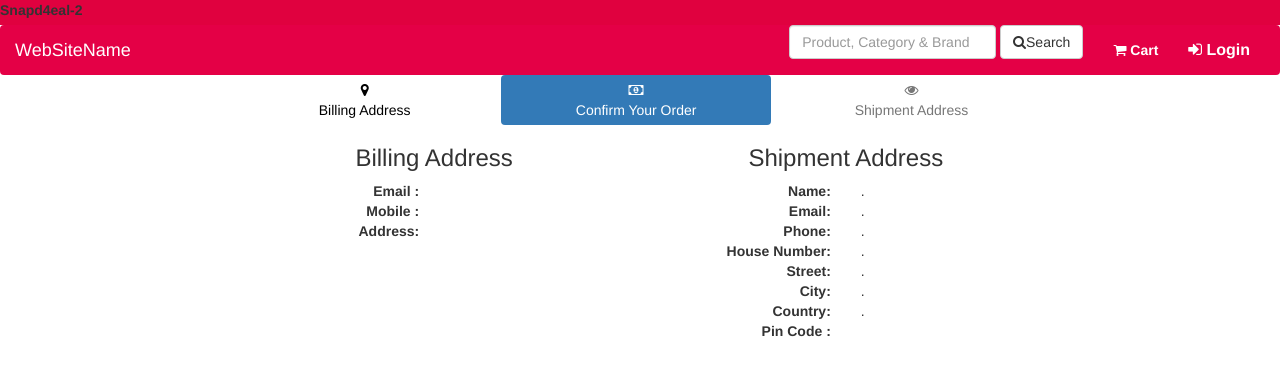
Repository: Aryans26/project
Page: http://localhost/frontend/WEB-INF/views/orderconfirm.jsp
The author's editor kept a copy of each file at every save. The page is drawn from the files as they stood at one save, then again after the next save.
The browser window is 1280 px wide. The pictures show the whole page.
Some web libraries are served in a nearby version. The page is served by Tomcat 9. Nobody is signed in. Other server files are loaded and not shown. The template is opened directly, without the code that normally fills it, so the values that code supplies are empty.

Above is the page before, as saved 2017-06-21 10:07:45.

### frontend/src/main/webapp/WEB-INF/views/orderconfirm.jsp
<%@ taglib prefix="c" uri="http://www.springframework.org/tags"%>
<%@ taglib prefix="form" uri="http://www.springframework.org/tags/form"%>
<!doctype html>
<html>
<head>
<c:url value="/resource" var="res" />

<!-- <link rel="stylesheet" ref="https://maxcdn.bootstrapcdn.com/bootstrap/3.3.7/css/bootstrap.min.css"> -->
<script
	src="https://ajax.googleapis.com/ajax/libs/jquery/3.2.1/jquery.min.js"></script>
<script
	src="https://maxcdn.bootstrapcdn.com/bootstrap/3.3.7/js/bootstrap.min.js"></script>
<link rel="stylesheet" href="${res}/css/bootstrap.min.css" />
<link rel="stylesheet" href="${res}/css/style.css" />
<link rel="stylesheet" href="${res}/css/font-awesome/css/font-awesome.min.css" />

</head>
<body>
	<%@include file="navbar.jsp"%>

<div class="Container">
<div class="row col-md-10 col-lg-8 col-lg-offset-2">
       <form method="post" action="shop-checkout4.html">
                                <ul class="nav nav-pills nav-justified">
                                    <li ><a href="<c:url value="/previous"/>"><i class="fa fa-map-marker"></i><br>Billing Address</a></li>
                                    <li class="active"><a href="<c:url value="/pay"/>"><i class="fa fa-money"></i><br>Confirm Your Order</a></li>
                                    <li class="disabled"><a href="<c:url value="/orderconfirmation"/>"><i class="fa fa-eye"></i><br>Shipment Address</a></li>
                                </ul>
</form>
</div>
<div class="col-md-10 col-lg-8 col-lg-offset-2 container">
<div class="col-md-6 col-sm-6 billing-add">
		<h3 class="text-center">Billing Address</h3>
<!-- 		<div class="row"> -->
<!-- 		<div class="col-md-6 col-sm-6 b-r"><b>Name :</b></div> -->
<%-- 		<div class="col-md-6 col-sm-6">${billing.getU_name()} </div> --%>
<!-- 		</div> -->
		<div class="row">
		<div class="col-md-6 col-sm-6 b-r"><b>Email :</b></div>
		<div class="col-md-6 col-sm-6">${billing.getEmail()}</div>
		</div>
		<div class="row"><div class="col-md-6 col-sm-6 b-r"><b>Mobile :</b></div><div class="col-md-6 col-sm-6">${billing.getPhone()}</div></div>
		<div class="row"><div class="col-md-6 col-sm-6 b-r"><b>Address:</b></div><div class="col-md-6 col-sm-6">${billing.getHouse_no()}<br>
		${billing.getStreet_name()}<br>${billing.getCity()}<br>${billing.getState()}<br>${billing.getCountry()}<br>
		${billing.getPincode()}<br>
		</div></div>

		</div>
	<div class="col-md-6 col-sm-6 billing-add">
	     <h3 class="text-center">Shipment Address</h3>

                                               <div class="row" ><div class="col-md-6 col-sm-6 b-r"><b>Name:</b></div> <div class="col-md-6 col-sm-6 ">${shippingAddress.getShip_name()}  .</div></div>
                                                <div class="row" ><div class="col-md-6 col-sm-6 b-r"><b>Email:</b></div><div class="col-md-6 col-sm-6">${shippingAddress.getShip_email()} .</div></div>
                                               <div class="row" ><div class="col-md-6 col-sm-6 b-r"> <b>Phone:</b></div><div class="col-md-6 col-sm-6 ">${shippingAddress.getShip_mono()} .</div></div>
                                                 <div class="row" ><div class="col-md-6 col-sm-6 b-r"> <b>House Number:</b></div><div class="col-md-6 col-sm-6 ">${shippingAddress.getShip_houseno()} .</div></div>
                                               <div class="row" ><div class="col-md-6 col-sm-6 b-r"> <b>Street:</b></div><div class="col-md-6 col-sm-6 ">${shippingAddress.getShip_streetname()} .</div></div>
                                              <div class="row"  ><div class="col-md-6 col-sm-6 b-r"><b>City:</b></div><div class="col-md-6 col-sm-6 ">${shippingAddress.getShip_city()} .</div></div>
                                               <div class="row" ><div class="col-md-6 col-sm-6 b-r"> <b>Country:</b></div><div class="col-md-6 col-sm-6 ">${shippingAddress.getShip_country()} .</div></div>
                                                <div class="row" ><div class="col-md-6 col-sm-6 b-r"><b>Pin Code :</b></div><div class="col-md-6 col-sm-6 ">${shippingAddress.getShip_pincode()}</div></div>



</div>
                                                 </div>

</body>

</html>

### frontend/src/main/webapp/WEB-INF/views/navbar.jsp
<%@ taglib prefix="c" uri="http://www.springframework.org/tags"%>
<%@ taglib prefix="form" uri="http://www.springframework.org/tags/form"%>
<%@ taglib prefix="security" uri="http://www.springframework.org/security/tags" %>
<%@ taglib prefix="c1" uri="http://java.sun.com/jsp/jstl/core"%>
<!DOCTYPE html >
<html>
<head>
<meta http-equiv="Content-Type" content="text/html; charset=ISO-8859-1">
<title>Insert title here</title>
</head>
<body>
	<div class="headder">
		<b>Snapd4eal-2</b>
	</div>

	<nav class="navbar navbar-default" style="color: white;">
		<div class="container-fluid">
			<div class="navbar-header">
				<button type="button" class="navbar-toggle" data-toggle="collapse" data-target="#myNavbar">
					<span class="icon-bar"></span> <span class="icon-bar"></span>
					<span class="icon-bar"></span>
				</button>
				<a class="navbar-brand" href="<c:url value="/"/>"
					style="color: white;">WebSiteName</a>
				<form class="navbar-form navbar-right visible-sm visible-xs">
					<div class="form-group">
						<input type="text" class="form-control"
							placeholder="Product, Category & Brand">
					</div>
					<button type="submit" class="btn btn-default">
						<i class="fa fa-search"></i>Search
					</button>

				</form>
			</div>
			<div class="collapse navbar-collapse" id="myNavbar">
			<c1:if test="${pageContext.request.userPrincipal.name!=null}">
			<security:authorize access="hasRole('ROLE_ADMIN')">
				<ul class="nav navbar-nav">
					<li style="color: white;"><a
						href="<c:url value="/category"/>">Add Category</a></li>
					<li style="color: white;"><a
						href="<c:url value="/addproduct"/>">Add Product</a></li>
					<li style="color: white;"><a
						href="<c:url value="/supplier"/>">Add Supplier</a></li>
<!-- 					<li style="color: white;"><a -->
<%-- 						href="<c:url value="/addcard"/>">Add Card</a></li> --%>

				</ul>
				</security:authorize>
				</c1:if>
				<ul class="nav navbar-nav navbar-right">
					<li><a href="<c:url value="/viewcart"/>"><i class="fa fa-shopping-cart"></i>
							Cart</a></li>

					<li class="dropdown"><a href="#" class="dropbtn"><span
							class="fa fa-sign-in"></span>
							<c1:if test="${pageContext.request.userPrincipal.name==null}"> Login </c1:if>
							 <c1:if test="${pageContext.request.userPrincipal.name!=null}">  Logout</c1:if></a>

						<div class="dropdown-content">
							<a href="#">your account</a>
							<a href="#">your orders</a>
							<c1:if test="${pageContext.request.userPrincipal.name==null}">

							<a href="<c:url value="/users"/>" class="hvr-reg-bordertop" > new user ?<br>
							<b>register</b></a>
<%-- <a href="<c:url value="/login"/>"><button type="button" class="btn btn-danger" style="width: 90%; margin: 10px;">Login</button></a> --%>
							<button type="button" class="btn btn-danger" data-toggle="modal"
								data-target="#myModal" style="width: 90%; margin: 10px;">Login</button>
								</c1:if>

								<c1:if test="${pageContext.request.userPrincipal.name!=null}">
					<a href="<c:url value="/j_spring_security_logout"/>"><button type="button" class="btn btn-danger" >Logout</button></a>
								</c1:if>
						</div></li>

				</ul>
				<form class="navbar-form navbar-right hidden-sm hidden-xs">
					<div class="form-group">
						<input type="text" class="form-control"
							placeholder="Product, Category & Brand">
					</div>
					<button type="submit" class="btn btn-default">
						<i class="fa fa-search"></i>Search
					</button>

				</form>

			</div>
		</div>
	</nav>


	<!-- Modal -->
	<div class="modal fade" id="myModal" role="dialog">
		<div class="modal-dialog modal-lg">
			<div class="modal-content">
				<div class="modal-header">
					<button type="button" class="close" data-dismiss="modal">&times;</button>
					<h4 class="modal-title">Login</h4>
				</div>
				<div class="modal-body">
				<c1:url value="/j_spring_security_check" var="a"/>
					<form role="form" method="post" action="${a} ">
						<div class="form-group">
				<label for="email">Email address:</label>
				<input type="email" class="form-control" id="email" name="j_username" placeholder="Email Id">
						</div>
						<div class="form-group">
				<label for="pwd">Password:</label>
				 <input type="password" class="form-control" id="pwd" name="j_password" placeholder="Password">
						</div>
						<div class="checkbox">
							<label><input type="checkbox"> Remember me</label>
						</div>
						<a class="cursor" data-dismiss="modal" data-toggle="modal"
							data-target="#myModal1">new User ? <b>register</b></a>
						<button type="submit" class="btn btn-success">Submit</button>
					</form>
				</div>
				<div class="modal-footer">
					<button type="button" class="btn btn-default" data-dismiss="modal">Close</button>
				</div>
			</div>
		</div>
	</div>

</body>
</html>

### frontend/src/main/webapp/resource/css/style.css
@charset "utf-8";
/* CSS Document */
.headder {
	min-height: 25px;
	background-color: #E0013F;
}

.navbar-default, .navbar-default li {
	background-color: #e40046;
	color: white;
}

.navbar-default li a {
	color: #FFF;
	font-weight: bold;
}

.navbar-nav li:hover, .navbar-nav li:focus, .navbar-nav li:active {
	background-color: #333;
}

.navbar-nav dropdown:hover {
	background-color: #333;
}

.dropbtn {
	color: white;
	padding: 16px;
	font-size: 16px;
	border: none;
	cursor: pointer;
}

.
.dropdown:hover {
	background-color: #333;
	color: white;
	padding: 16px;
	font-size: 16px;
	border: none;
	cursor: pointer;
}

.dropdown {
	position: relative;
	display: inline-block;
}

.dropdown-content {
	display: none;
	position: absolute;
	background-color: #333;
	min-width: 160px;
	right: 5px;
	box-shadow: 0px 8px 16px 0px rgba(0, 0, 0, 0.2);
	z-index: 1;
}

.dropdown-content a {
	color: black;
	font-size: 14px !important;
	font-weight: normal !important;
	text-align: center;
	padding: 12px 16px;
	text-decoration: none;
	display: block;
}

.dropdown-content a:hover {
	background-color: #000;
}

.dropdown:hover .dropdown-content {
	display: block;
}

.dropdown:hover .dropbtn {
	background-color: #333;
}

.dropdown-content .hvr-reg-bordertop {
	border-top: 1px solid #999;
	padding-top: 20px;
	margin-bottom: 0;
	padding-bottom: 0;
}

.cursor {
	cursor: pointer;
}

.form-fill{
	max-width:500px;
	box-shadow:2px 2px 8px  grey;
	padding:30px 20px;
	margin:10px auto;
	border-radius:10px;
}

.form-list-table{
	border:2px solid grey;
	box-shadow:4px 4px 8px grey;
	border-radius:10px;
}
.head3{
	color:#e40046;
	font-weight:bold;
	text-align:center;
	text-shadow:2px 2px 4px grey;
}

.items-list-head > div{
	Color:red;
	text-align:center;
	font-weight:bolder;
	font-size:20px;
}
.items-list > div{
	border-top:1px solid grey;
	line-height:40px;
	text-align:center;
	font-weight:bold;
}

.box-shadow{
	border-radius:10px;
	box-shadow:2px 2px 8px grey;
}

.list-head{
	font-size:16px;
	font-weight:bold;
	text-shadow:1px 1px 1px grey;
}

.billing-add .b-r{
	text-align:right;
}

Loaded but not shown: frontend/src/main/webapp/resource/css/bootstrap.min.css (library); frontend/src/main/webapp/resource/css/font-awesome/css/font-awesome.min.css (library)

After the next save:
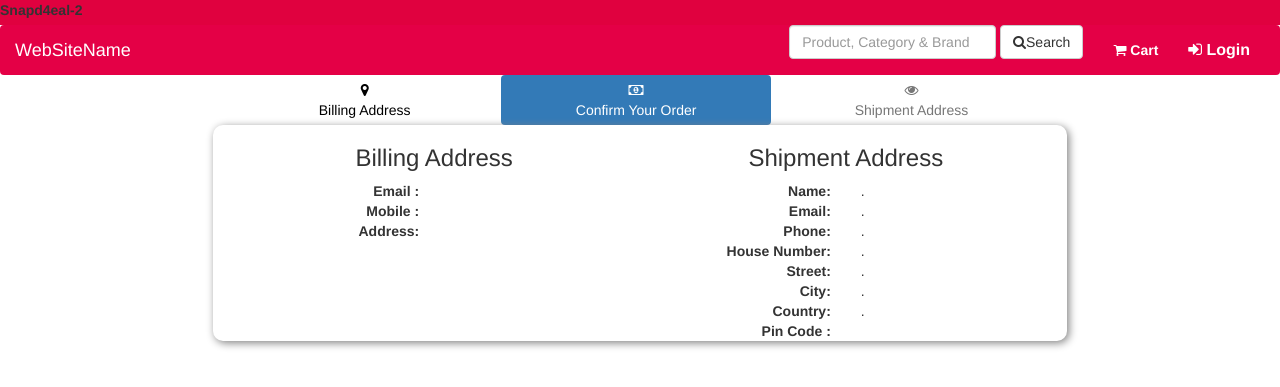
Saved 44 s later.
--- a/frontend/src/main/webapp/WEB-INF/views/orderconfirm.jsp
+++ b/frontend/src/main/webapp/WEB-INF/views/orderconfirm.jsp
@@ -28,7 +28,8 @@
                                 </ul>
 </form>
 </div>
-<div class="col-md-10 col-lg-8 col-lg-offset-2 container">
+<br>
+<div class="col-md-10 col-lg-8 col-lg-offset-2 container box-shadow border-radius">
 <div class="col-md-6 col-sm-6 billing-add">
 		<h3 class="text-center">Billing Address</h3>
 <!-- 		<div class="row"> -->
